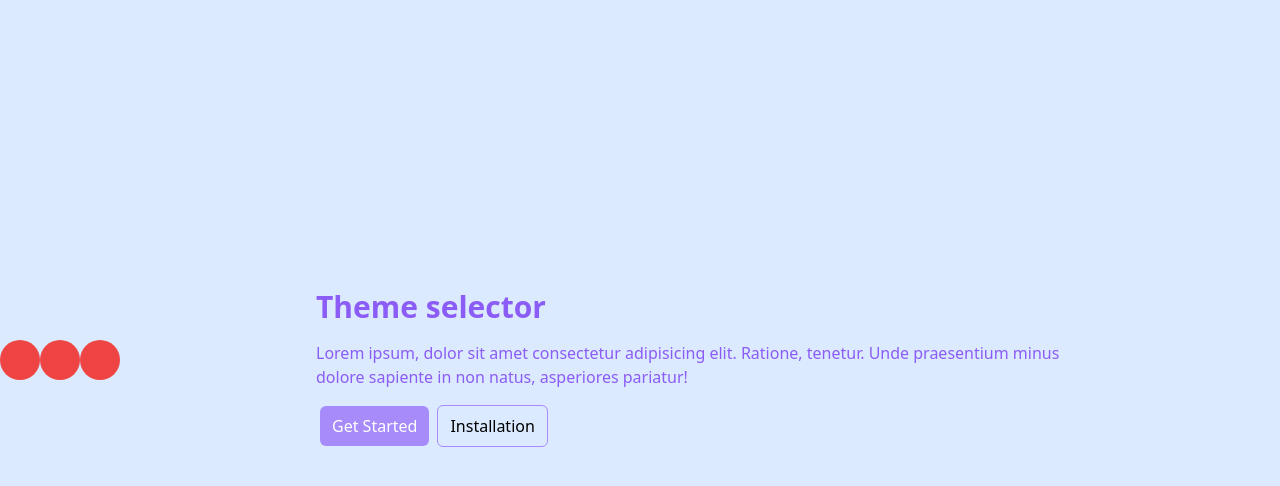
Repository: prince-bansal/tailwind-theme-switcher
Page: /
The author's editor kept a copy of each file at every save. The page is drawn from the files as they stood at one save, then again after the next save.
The browser window is 1280 px wide. The pictures show the whole page.
The project was rebuilt for these pictures with package versions that can differ from the ones it lists, and the page was loaded fresh each time. Also part of the build but not shown: vite.config.ts, src/index.css.

Above is the page before, as saved 2024-03-17 19:33:16.

After the next save:
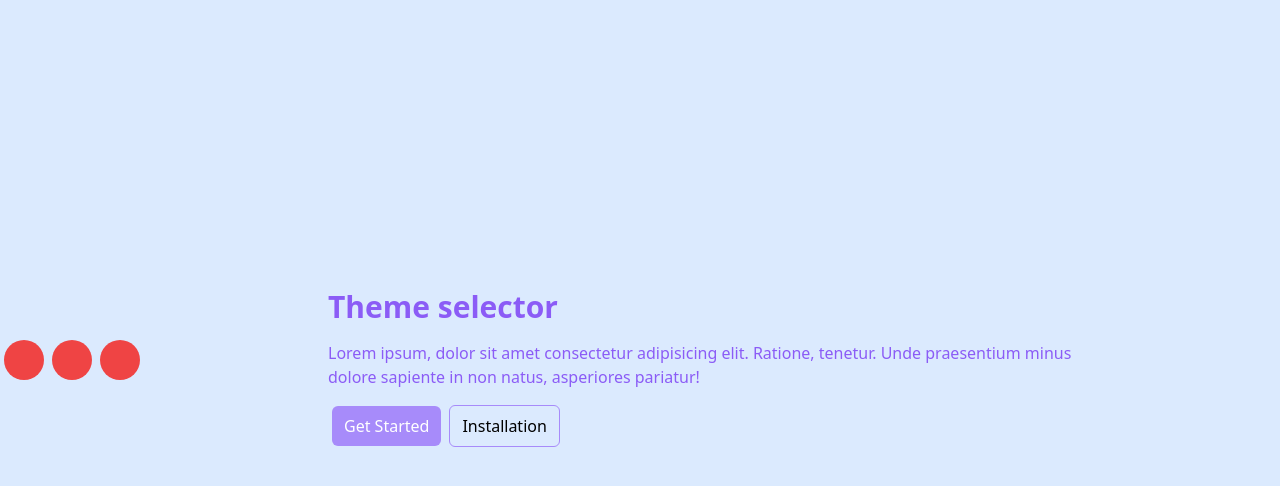
Saved 4 s later.
--- a/src/App.tsx
+++ b/src/App.tsx
@@ -5,7 +5,7 @@ function App() {
   return (
     <div className=" bg-fill min-h-screen flex items-center justify-center">
       {["bg-red-500", "bg-blue-500", "bg-green-500"].map((color) => (
-        <div className={`h-10 rounded-full w-10 bg-red-500 ${color}`}></div>
+        <div className={`h-10 rounded-full w-10 bg-red-500 ${color} mx-1`}></div>
       ))}
       <div className="w-[60%] m-auto">
         <h1 className="text-3xl text-heading my-4 font-bold">Theme selector</h1>
